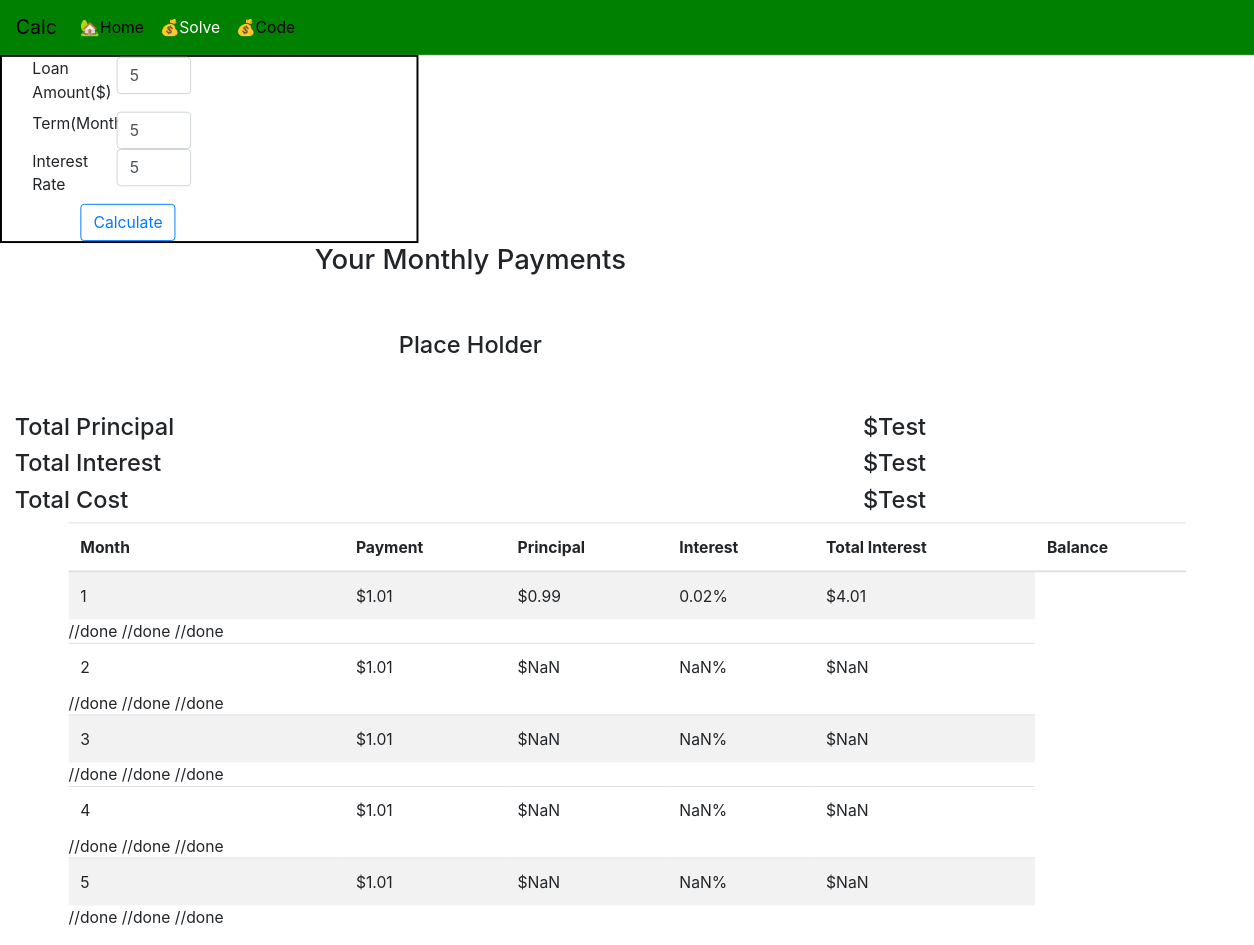
Repository: zhadjah9559/MortgageManager
Page: solve.html
These files come from the project's save history. The page is drawn as it stood at one moment and after the next save; the edit follows.
The browser window is 1280 px wide. The pictures show the whole page, at 98% of full size.
Empty fields were first filled with sample values (such as "Sample", 5 or name@example.com).
After loading, the first visible `button.btn` was clicked once.

Above is the page before, as saved 2021-01-16 14:37:18.

### solve.html
<!doctype html>
<html lang="en">
  <head>
    <title>Mortgage Loan Calculator</title>
    <!-- Required meta tags -->
    <meta charset="utf-8">
    <meta name="viewport" content="width=device-width, initial-scale=1, shrink-to-fit=no">

    <!-- Bootstrap CSS -->
    <link rel="stylesheet" href="https://stackpath.bootstrapcdn.com/bootstrap/4.3.1/css/bootstrap.min.css" integrity="sha384-ggOyR0iXCbMQv3Xipma34MD+dH/1fQ784/j6cY/iJTQUOhcWr7x9JvoRxT2MZw1T" crossorigin="anonymous">
    <link rel="stylesheet" href="css/custom.css">
    <link rel="stylesheet" href="css/prism.css">
  </head>
  <body>

    <nav class="navbar navbar-expand-sm navbar-dark" style="background-color: green;">
        <a class="navbar-brand" href="#">Calc</a>
        <button class="navbar-toggler d-lg-none" type="button" data-toggle="collapse" data-target="#collapsibleNavId" aria-controls="collapsibleNavId"
            aria-expanded="false" aria-label="Toggle navigation"></button>
        <div class="collapse navbar-collapse" id="collapsibleNavId">
            <ul class="navbar-nav mr-auto mt-2 mt-lg-0">
                <li class="nav-item ">
                    <a class="nav-link" href="index.html">🏡Home </a>
                </li>
                <li class="nav-item active">
                    <a class="nav-link" href="solve.html">💰Solve <span class="sr-only">(current)</span></a>
                </li>
                <li class="nav-item">
                    <a class="nav-link" href="code.html">💰Code</a>
                </li>
            </ul>
        </div>
    </nav>

    </div>

    <div class="container-fluid">
        <div class="row">

            <div class="col-lg-4" style="border:2px solid black;">
                <div class="row">
                    <div class="col-2 ml-3">
                        <label for="Loan Amount">Loan Amount($)</label>
                    </div>
                    <div class="col-3 ml-3">
                        <input type="number" class="form-control" id="loanAmount" placeholder="100000">
                    </div>
                </div>
                <div class="row">
                    <div class="col-2 ml-3">
                        <label for="Term">Term(Months)</label>
                    </div>
                    <div class="col-3 ml-3">
                        <input type="number" class="form-control" id="months" placeholder="60">
                    </div>
                </div>
                <div class="row">
                    <div class="col-2 ml-3">
                        <label for="Interest Rate">Interest Rate</label>
                    </div>
                    <div class="col-3 ml-3">
                        <input type="number" class="form-control" id="interestRate" placeholder="3.5%">
                    </div>
                </div>
                <div class="row offset-2">
                    <button class="btn btn-outline-primary" type="submit" onclick="calculateLoan()">Calculate</button>
                </div>
            </div>



            <div class="col-lg-9 mr-3" style="border:px solid black;">
                <div class="row justify-content-center">
                    <h3>Your Monthly Payments</h3>
                </div>


                <div class="row justify-content-center mt-5">
                    <h4 id="monthlyPayment">Place Holder</h4>
                </div>


                <div class="row justify-content-center mt-5">
                    <div class="col-3">
                        <h4>Total Principal</h4>
                    </div>
                    <div class="col-3 offset-6">
                        <h4 id="totalPrincipalOutput" class="text-right">$Test</h4>
                    </div>


                    <div class="col-3">
                        <h4>Total Interest</h4>
                    </div>
                    <div class="col-3 offset-6">
                        <h4 id="totalInterestOutput" class="text-right">$Test</h4>
                    </div>


                    <div class="col-3">
                        <h4>Total Cost</h4>
                    </div>
                    <div class="col-3 offset-6">
                        <h4 id="totalCostOutput" class="text-right">$Test</h4>
                    </div>

                </div>
            </div>

        </div>
    </div>


    <div class="container">
        <div class="row">
            <table class="table table-striped">
                <thead>
                    <tr>
                        <th>Month</th>
                        <th>Payment</th>
                        <th>Principal</th>
                        <th>Interest</th>
                        <th>Total Interest</th>
                        <th>Balance</th>
                    </tr>
                </thead>
                <tbody id="tBody">

                </tbody>
            </table>
        </div>
    </div>



    <!-- Optional JavaScript -->
    <!-- jQuery first, then Popper.js, then Bootstrap JS -->
    <script src="https://code.jquery.com/jquery-3.3.1.slim.min.js" integrity="sha384-q8i/X+965DzO0rT7abK41JStQIAqVgRVzpbzo5smXKp4YfRvH+8abtTE1Pi6jizo" crossorigin="anonymous"></script>
    <script src="https://cdnjs.cloudflare.com/ajax/libs/popper.js/1.14.7/umd/popper.min.js" integrity="sha384-UO2eT0CpHqdSJQ6hJty5KVphtPhzWj9WO1clHTMGa3JDZwrnQq4sF86dIHNDz0W1" crossorigin="anonymous"></script>
    <script src="https://stackpath.bootstrapcdn.com/bootstrap/4.3.1/js/bootstrap.min.js" integrity="sha384-JjSmVgyd0p3pXB1rRibZUAYoIIy6OrQ6VrjIEaFf/nJGzIxFDsf4x0xIM+B07jRM" crossorigin="anonymous"></script>
    <script src="js/custom.js"></script>
    <script src="js/prism.js"></script>
  </body>
</html>

### css/custom.css
.navbar-dark .navbar-nav .active>.nav-link{
    color:white;
}
.navbar-dark .navbar-nav .nav-link{
    color:black;
}
.navbar .navbar-brand{
    color:black;
}

### css/prism.css
/* PrismJS 1.23.0
https://prismjs.com/download.html#themes=prism-okaidia&languages=markup+css+clike+javascript&plugins=normalize-whitespace */
/**
 * okaidia theme for JavaScript, CSS and HTML
 * Loosely based on Monokai textmate theme by http://www.monokai.nl/
 * @author ocodia
 */

code[class*="language-"],
pre[class*="language-"] {
	color: #f8f8f2;
	background: none;
	text-shadow: 0 1px rgba(0, 0, 0, 0.3);
	font-family: Consolas, Monaco, 'Andale Mono', 'Ubuntu Mono', monospace;
	font-size: 1em;
	text-align: left;
	white-space: pre;
	word-spacing: normal;
	word-break: normal;
	word-wrap: normal;
	line-height: 1.5;

	-moz-tab-size: 4;
	-o-tab-size: 4;
	tab-size: 4;

	-webkit-hyphens: none;
	-moz-hyphens: none;
	-ms-hyphens: none;
	hyphens: none;
}

/* Code blocks */
pre[class*="language-"] {
	padding: 1em;
	margin: .5em 0;
	overflow: auto;
	border-radius: 0.3em;
}

:not(pre) > code[class*="language-"],
pre[class*="language-"] {
	background: #272822;
}

/* Inline code */
:not(pre) > code[class*="language-"] {
	padding: .1em;
	border-radius: .3em;
	white-space: normal;
}

.token.comment,
.token.prolog,
.token.doctype,
.token.cdata {
	color: #8292a2;
}

.token.punctuation {
	color: #f8f8f2;
}

.token.namespace {
	opacity: .7;
}

.token.property,
.token.tag,
.token.constant,
.token.symbol,
.token.deleted {
	color: #f92672;
}

.token.boolean,
.token.number {
	color: #ae81ff;
}

.token.selector,
.token.attr-name,
.token.string,
.token.char,
.token.builtin,
.token.inserted {
	color: #a6e22e;
}

.token.operator,
.token.entity,
.token.url,
.language-css .token.string,
.style .token.string,
.token.variable {
	color: #f8f8f2;
}

.token.atrule,
.token.attr-value,
.token.function,
.token.class-name {
	color: #e6db74;
}

.token.keyword {
	color: #66d9ef;
}

.token.regex,
.token.important {
	color: #fd971f;
}

.token.important,
.token.bold {
	font-weight: bold;
}
.token.italic {
	font-style: italic;
}

.token.entity {
	cursor: help;
}

### js/custom.js
function calculateLoan(){
    let loanAmount = parseInt( document.getElementById("loanAmount").value )
    let months = parseInt( document.getElementById("months").value )
    //before the very first month
    let remainingBalance = new Array()
    remainingBalance.push( loanAmount )

    //DONT FORGET TO CONVERT THIS TO A PERCENTAGE
    let interestRate = parseInt( document.getElementById("interestRate").value )

    //Keep track of interest payments
    let interestPayment = new Array();

    //Keep track of principal payments
    let principalPayments = new Array();

    //END OF DECLARATIONS*******************************************************

    //input validation to make sure interest is solid number
    if(interestRate >= 100){

    }

    //Total Monthly Payment  ***STATIC variable***                                       //(1+rate/1200)^(-NumberOfMonths)
    const totalMonthlyPayment = (loanAmount) * (interestRate/1200) / (1 -   Math.pow( (1 + interestRate/1200) , (-months) ) )


    //loop will perform 60 times meaning you will get 60 indices
    for (let i = 0; i < months; i++) {
        //Interest Payment
        interestPayment.push(  (remainingBalance) * (interestRate/1200)  )

        //principal payment
        principalPayments.push(  totalMonthlyPayment - interestPayment  )

        remainingBalance.push( remainingBalance - principalPayments)
    }






    //will later on be used in order to display output
    let tBody ="";
    for (let i = 0; i < months; i++) {
        tBody += `<tr> <td>${ i+1 }</td>                                                                    //done
                       <td>$${  (Math.round(totalMonthlyPayment * 100) / 100).toFixed(2) }</td>             //done
                       <td>$${  (Math.round(principalPayments[i] * 100) / 100).toFixed(2)   }</td>          //done
                       <td>${   (Math.round(interestPayment[i] * 100) / 100).toFixed(2) }%</td>
                       <td>$${  (Math.round(remainingBalance[i+1] * 100) / 100).toFixed(2)   }</td>
                 </tr>`
    }
    document.getElementById("tBody").innerHTML = tBody


}

Loaded but not shown: js/prism.js (library)

After the next save:
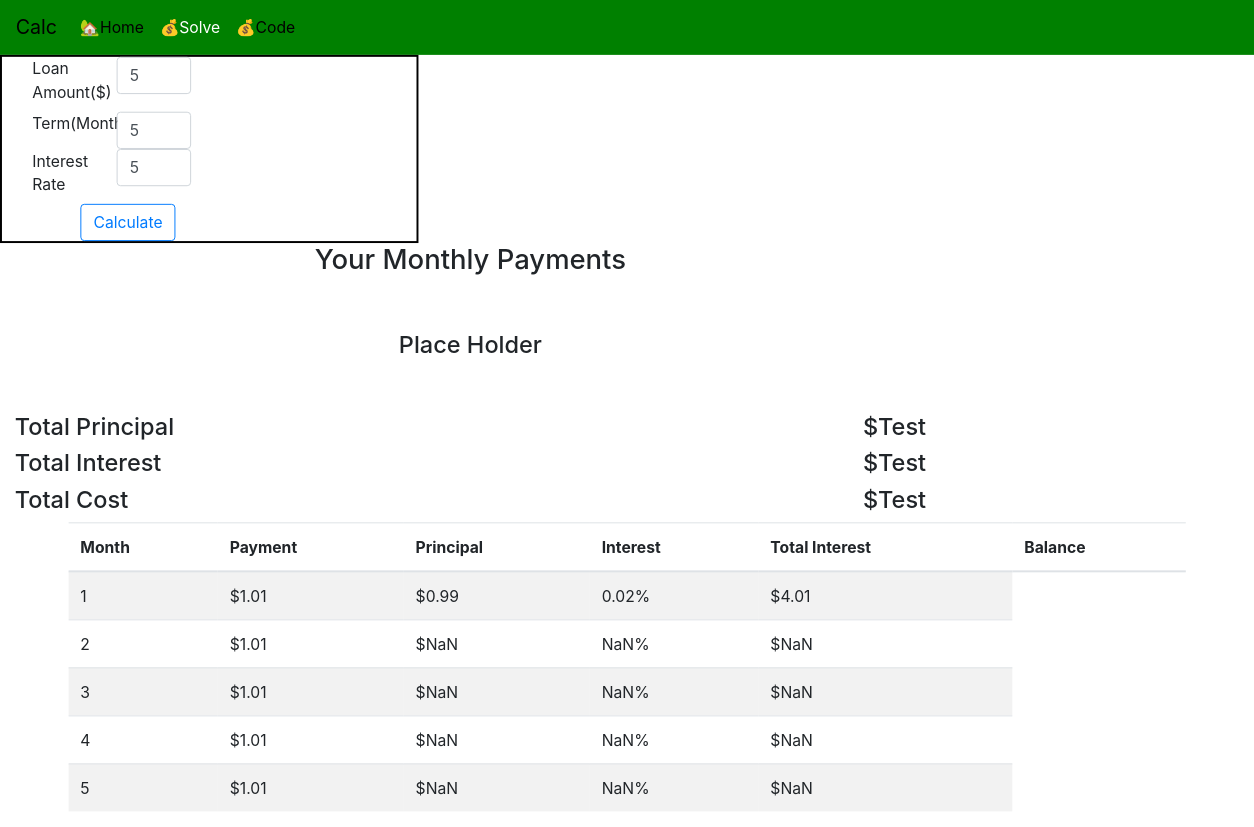
Saved 30 s later.
--- a/js/custom.js
+++ b/js/custom.js
@@ -44,9 +44,9 @@ function calculateLoan(){
     //will later on be used in order to display output
     let tBody ="";
     for (let i = 0; i < months; i++) {
-        tBody += `<tr> <td>${ i+1 }</td>                                                                    //done
-                       <td>$${  (Math.round(totalMonthlyPayment * 100) / 100).toFixed(2) }</td>             //done
-                       <td>$${  (Math.round(principalPayments[i] * 100) / 100).toFixed(2)   }</td>          //done
+        tBody += `<tr> <td>${ i+1 }</td>
+                       <td>$${  (Math.round(totalMonthlyPayment * 100) / 100).toFixed(2) }</td>
+                       <td>$${  (Math.round(principalPayments[i] * 100) / 100).toFixed(2)   }</td>
                        <td>${   (Math.round(interestPayment[i] * 100) / 100).toFixed(2) }%</td>
                        <td>$${  (Math.round(remainingBalance[i+1] * 100) / 100).toFixed(2)   }</td>
                  </tr>`
